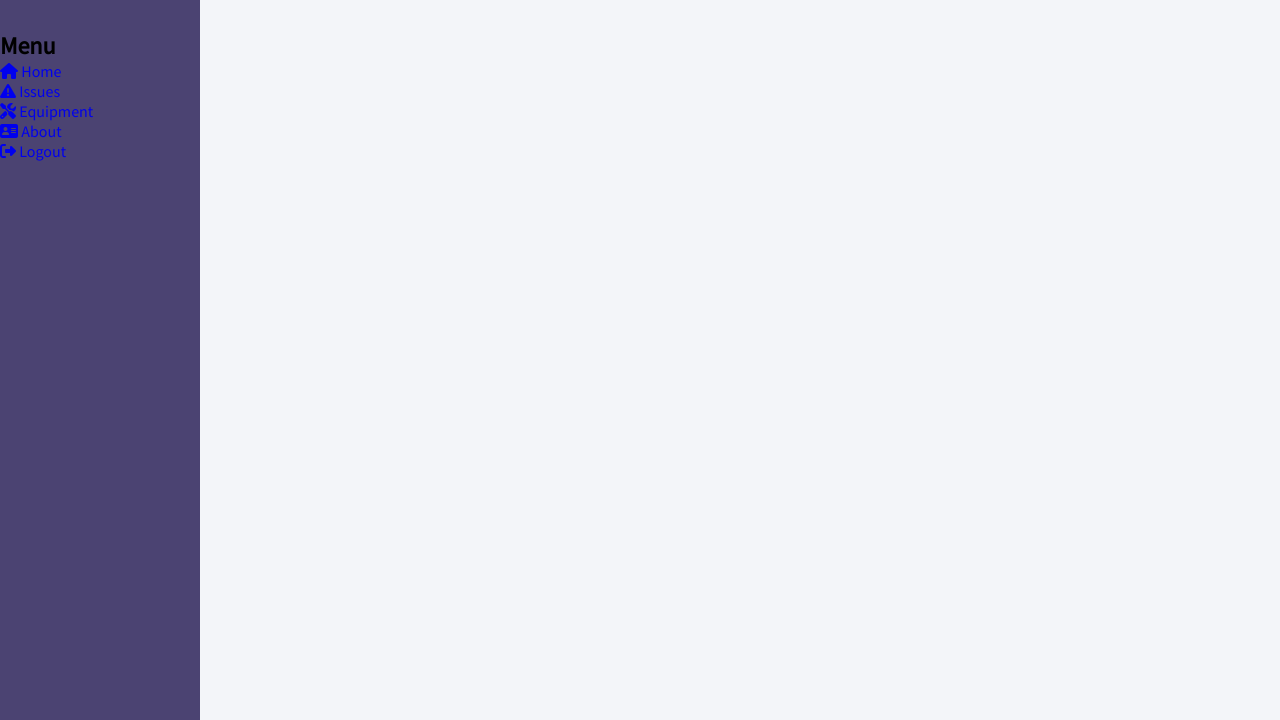
Repository: Lungdjos/ZescoIssueTS
Page: zits/src/main/resources/templates/about_us.html
The author's editor kept a copy of each file at every save. The page is drawn from the files as they stood at one save, then again after the next save.
The browser window is 1280 px wide. The pictures show the whole page.
Some web libraries are served in a nearby version.

Above is the page before, as saved 2021-07-09 22:48:07.

### zits/src/main/resources/templates/about_us.html
<!DOCTYPE html>
<html lang="en">

<head>
    <meta charset="UTF-8">
    <title>About Us Page</title>
    <link rel="stylesheet" href="https://pro.fontawesome.com/releases/v5.10.0/css/all.css" integrity="sha384-AYmEC3Yw5cVb3ZcuHtOA93w35dYTsvhLPVnYs9eStHfGJvOvKxVfELGroGkvsg+p" crossorigin="anonymous" />
    <link rel="stylesheet" href="/css/styles.css">

    <script src="https://kit.fontawesome.com/953cd41e6c.js" crossorigin="anonymous"></script>
</head>

<body>
    <div class="wrapper">
        <div class="sidebar">
            <h2>Menu</h2>
            <ul>
                <li>
                    <a href="#"><i class="fas fa-home"></i> Home</a>
                </li>
                <li>
                    <a href="#"><i class="fas fa-exclamation-triangle"></i> Issues</a>
                </li>
                <li>
                    <a href="#"><i class="fas fa-tools"></i> Equipment</a>
                </li>
                <li>
                    <a href="#"><i class="fas fa-address-card"></i> About</a>
                </li>
                <li>
                    <a href="#"><i class="fas fa-sign-out-alt"></i> Logout</a>
                </li>
            </ul>
        </div>
        <div class="main_content">
            <div class="header">Welcome User</div>
            <div class="info">
                <div>
                    lorem lorem ipsum
                </div>
            </div>
        </div>
    </div>


</body>

</html>

### zits/src/main/resources/templates/css/styles.css
@import url('https://fonts.googleapis.com/css2?family=Source+Sans+Pro&display=swap');
* {
    margin: 0;
    padding: 0;
    box-sizing: border-box;
    list-style: none;
    text-decoration: none;
    font-family: Source Sans Pro;
}

body {
    background: #f3f5f9;
}

.wrapper {
    display: flex;
    position: relative;
}

.wrapper .sidebar {
    position: fixed;
    width: 200px;
    height: 100%;
    background: #4b4372;
    padding: 30px 0;
}

.wrapper .sidebar {
    colo
}

After the next save:
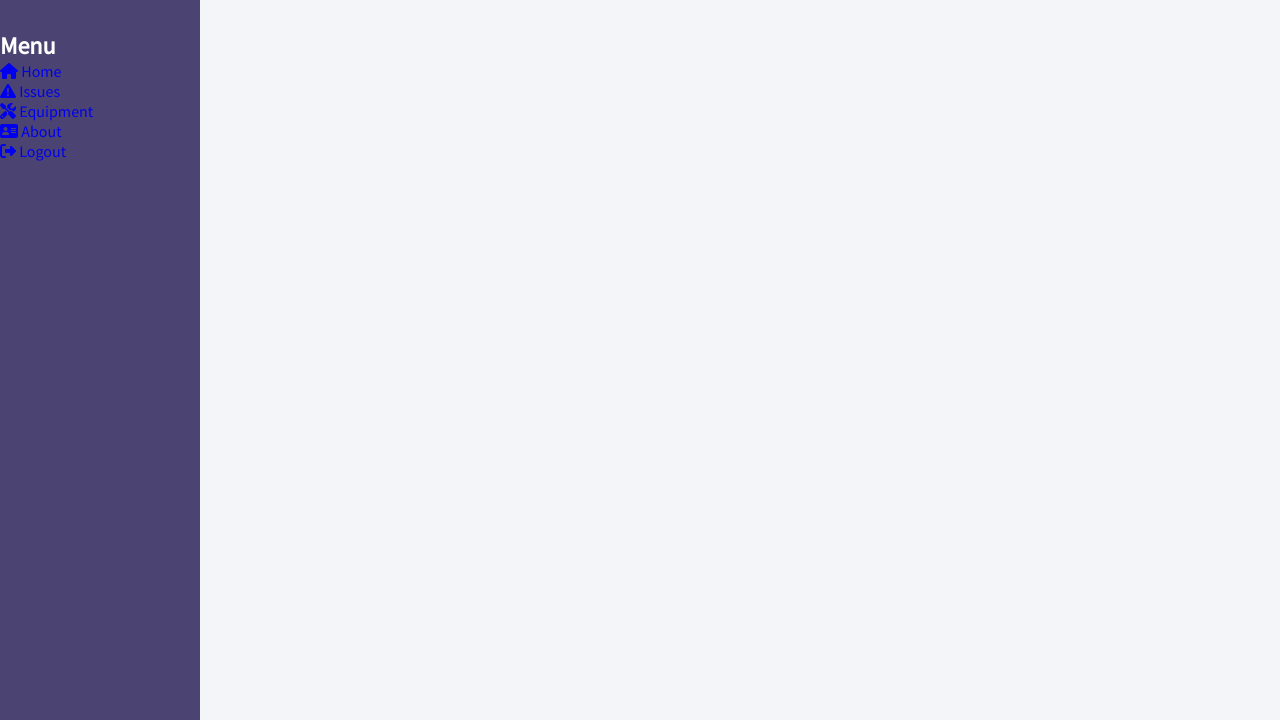
Saved 4 s later.
--- a/zits/src/main/resources/templates/css/styles.css
+++ b/zits/src/main/resources/templates/css/styles.css
@@ -26,5 +26,5 @@
 }
 
 .wrapper .sidebar {
-    colo
+    color: #fff;
 }
